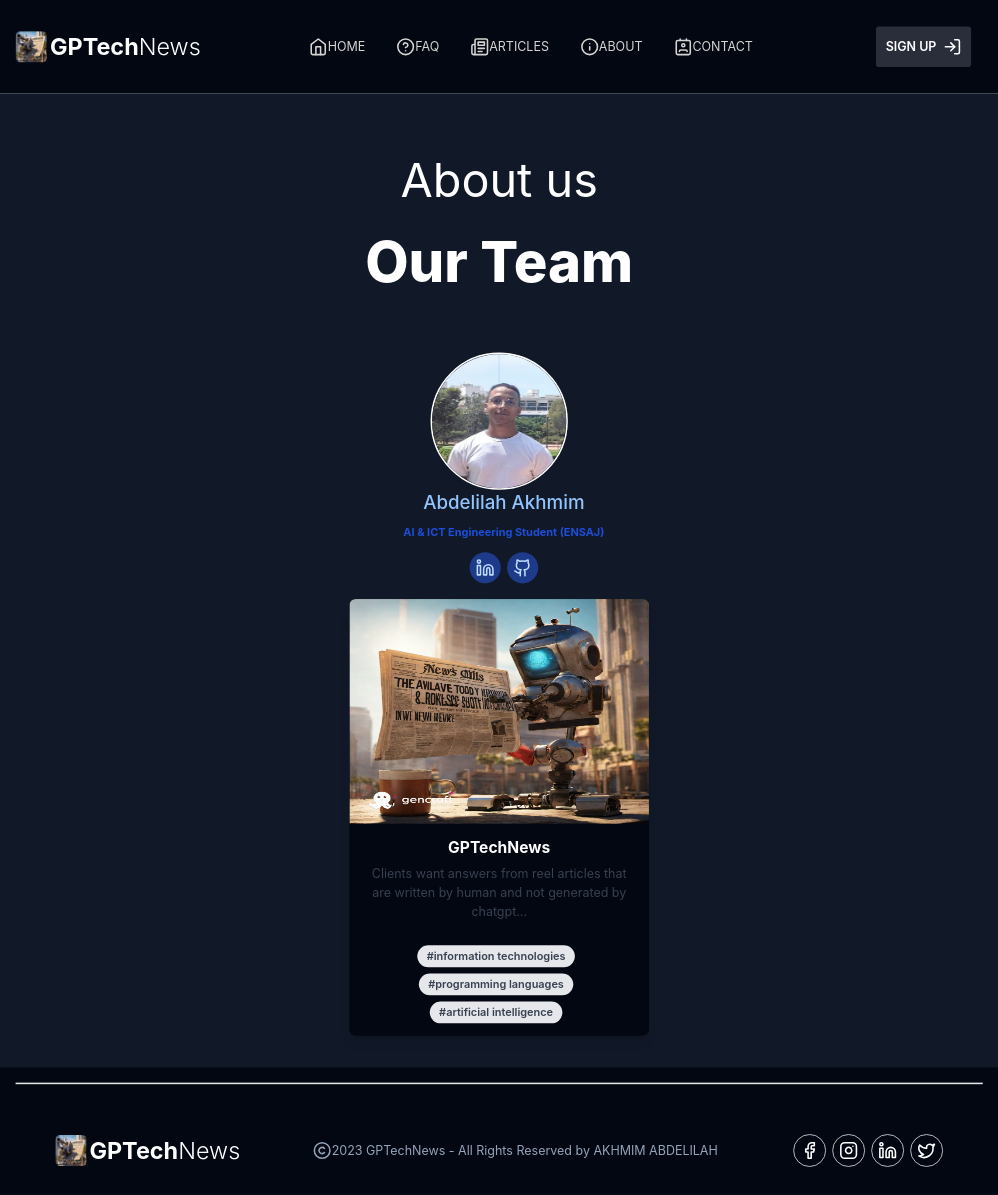
Repository: Lablab-me-Hackathon/gptech-news-frontend
Page: /about
An editor plug-in stored every save of this project. The page is shown before and after a run of saves, followed by the edit.
The browser window is 1280 px wide. The pictures show the whole page, at 78% of full size.
The project was rebuilt for these pictures with package versions that can differ from the ones it lists, and the page was loaded fresh each time. Also part of the build but not shown: vite.config.js, src/services/home/Explore.jsx, src/services/home/Welcome.jsx, src/routes/Home.jsx, src/routes/FAQ.jsx, src/services/articles/Feed.jsx, src/services/articles/Article.jsx, src/components/Main.jsx and 4 more.

Above is the page before, as saved 2023-08-08 01:55:29.

After the next 2 saves:
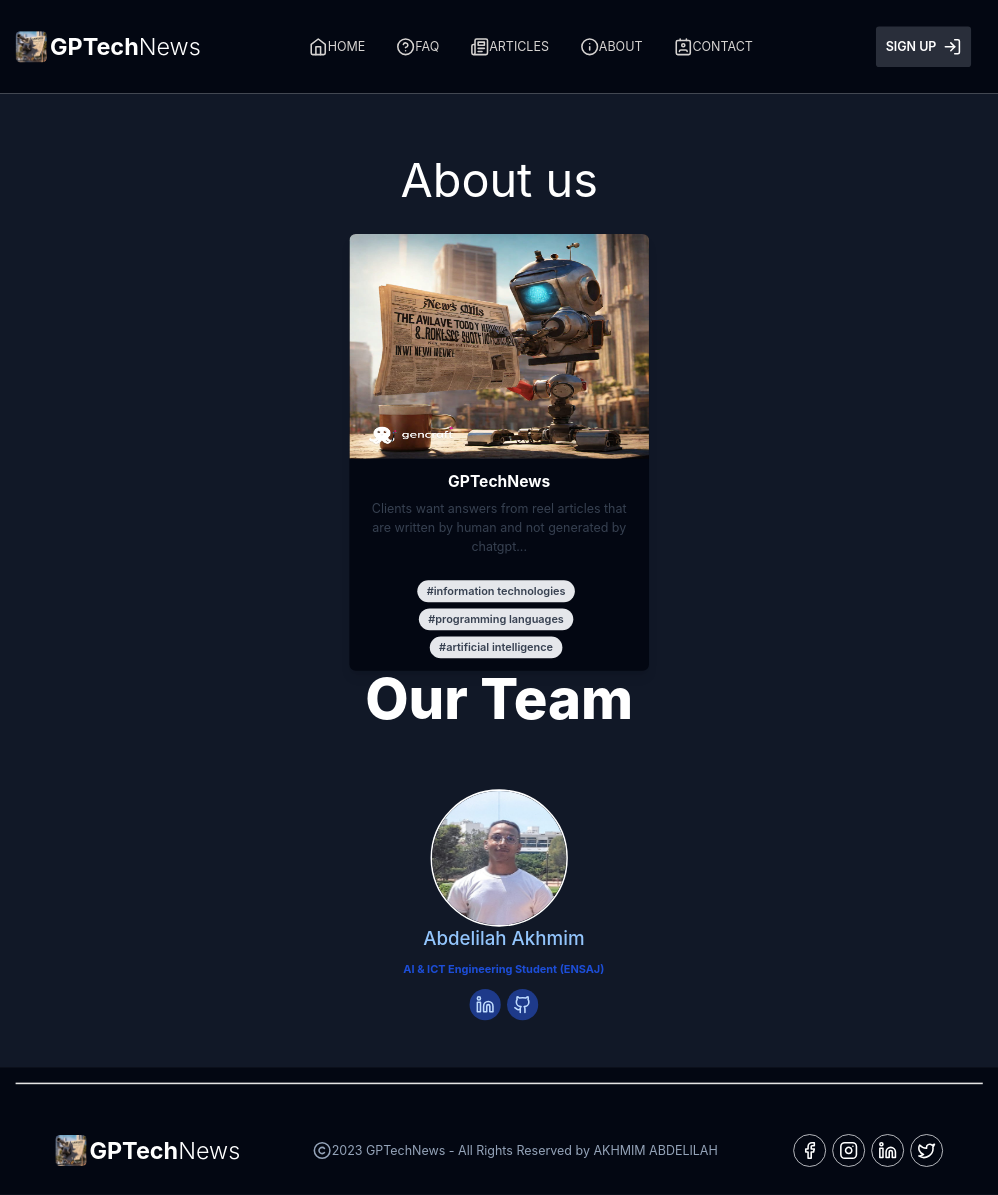
The 2 saves are shown as one change because they came seconds apart.
The last was saved 19 s later.
--- a/src/routes/About.jsx
+++ b/src/routes/About.jsx
@@ -9,8 +9,9 @@ function About() {
       <Header />
       <div className="text-center text-white h-full w-full py-10 flex-box flex-col scroll-smooth bg-gray-900">
         <h1 className="text-6xl py-10">About us</h1>
+        <Card />
+
         <Team />
-        <Card />
       </div>
       <Footer />
     </div>
